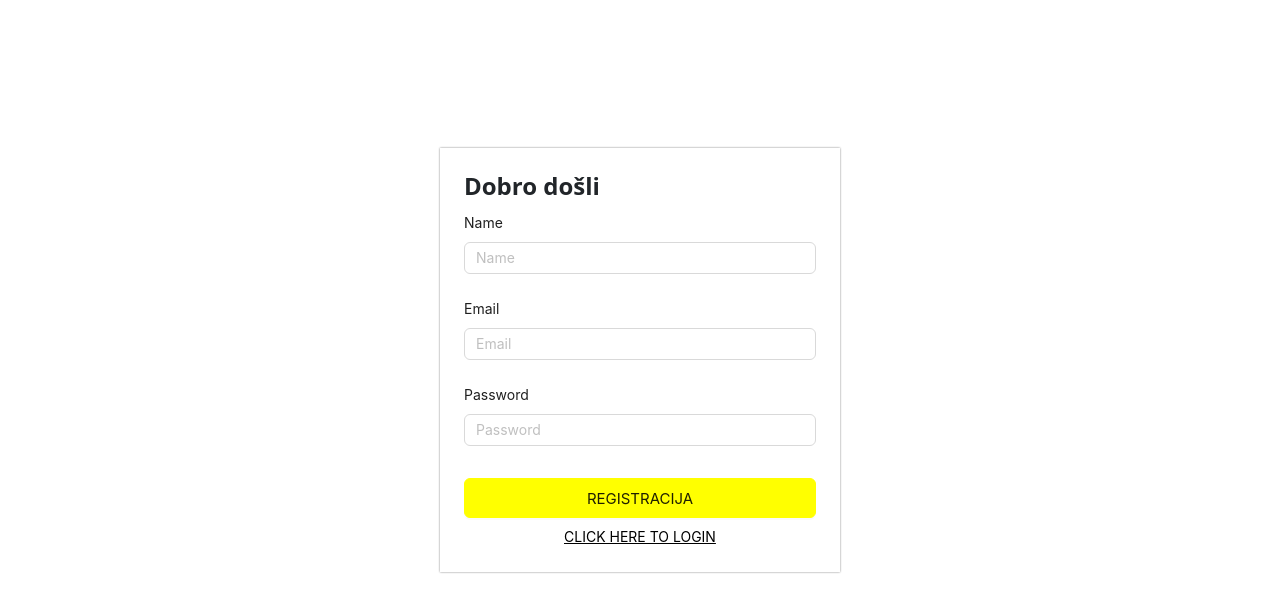
Repository: jbabicsus/okviri
Page: /registracija (app in autoskola/)
An editor plug-in stored every save of this project. The page is shown before and after the next save, followed by the edit.
The browser window is 1280 px wide. The pictures show the whole page.
The project was rebuilt for these pictures with package versions that can differ from the ones it lists, and the page was loaded fresh each time. Also part of the build but not shown: autoskola/src/stranice/Login.js.

Above is the page before, as saved 2024-05-12 14:16:34.

### autoskola/public/index.html
<!DOCTYPE html>
<html lang="en">
  <head>
    <meta charset="utf-8" />
    <link rel="icon" href="%PUBLIC_URL%/favicon.ico" />
    <meta name="viewport" content="width=device-width, initial-scale=1" />
    <meta name="theme-color" content="#000000" />
    <meta
      name="description"
      content="Web site created using create-react-app"
    />
    <link rel="apple-touch-icon" href="%PUBLIC_URL%/logo192.png" />

    <link rel="manifest" href="%PUBLIC_URL%/manifest.json" />

    <link href="https://cdn.jsdelivr.net/npm/bootstrap@5.3.3/dist/css/bootstrap.min.css" rel="stylesheet" integrity="sha384-QWTKZyjpPEjISv5WaRU9OFeRpok6YctnYmDr5pNlyT2bRjXh0JMhjY6hW+ALEwIH" crossorigin="anonymous">

    <title>React App</title>
  </head>
  <body>
    <noscript>You need to enable JavaScript to run this app.</noscript>
    <div id="root"></div>

  </body>
</html>

### autoskola/src/index.js
import React from 'react';
import ReactDOM from 'react-dom/client';
import './index.css';
import 'antd/dist/reset.css';
import App from './App';
import reportWebVitals from './reportWebVitals';

const root = ReactDOM.createRoot(document.getElementById('root'));
root.render(
  <React.StrictMode>
    <App />
  </React.StrictMode>
);

// If you want to start measuring performance in your app, pass a function
// to log results (for example: reportWebVitals(console.log))
// or send to an analytics endpoint. Learn more: https://bit.ly/CRA-vitals
reportWebVitals();

### autoskola/src/index.css
input{
  border-radius: 0;
  border: 1px solid gray;
}


/* cijela app*/

.kartica-naslov{
  font-size: 1.5rem;
  font-weight: bold;
}
.normal-text{
  font-size: 1rem;
}

.registracija-btn{
  background-color: yellow;
  border-color: yellow;
  height: 40px;
  width: 100%;
  font-size: 15px;
}

.a{
  color: black;
  text-decoration: underline;
  font: 15px;
  margin-left: 100px;
  margin-bottom: 5px;

}


/* autentifikacija */
.autentifikacija{
  height: 100vh;
  display: flex;
  align-items: center;
  justify-content: center;
}

.kartica{
  width: 400px;
  box-shadow: 0 0 2px gray;
  border-radius: 0;
}

### autoskola/src/App.js
import React from 'react';
import 'antd/dist/reset.css';
import {Routes, Route, BrowserRouter} from 'react-router-dom'
import Login from './stranice/Login'
import Registracija from './stranice/Registracija'
import {Button} from 'antd'
function App() {
  return (
    <BrowserRouter>
      <Routes>
        <Route path='/login' element={<Login />}/>
        <Route path='/registracija' element={<Registracija />}/>



      </Routes>
    </BrowserRouter>
  );
}

export default App;

### autoskola/src/stranice/Registracija.js

import {Button , Form, Input, Link} from 'antd';
import React from 'react';

function Registracija(){
    return(
        <div className='autentifikacija'>
            <div className='kartica p-4'>
                <h1 className='kartica-naslov'>Dobro došli</h1>
                <Form layout='vertical'>
                    <Form.Item label='Name' name='name'>
                        <Input placeholder='Name'/>
                    </Form.Item>

                    <Form.Item label='Email' name='email'>
                        <Input placeholder='Email'/>
                    </Form.Item>

                    <Form.Item label='Password' name='password'>
                        <Input placeholder='Password'/>
                    </Form.Item>

                    <Button className='registracija-btn my-2'>REGISTRACIJA</Button>

                    <a href='/login' className='a mt-4'>CLICK HERE TO LOGIN</a>
                </Form>

            </div>
        </div>
    )
}

export default Registracija

Loaded but not shown: autoskola/src/reportWebVitals.js (common file)

After the next save:
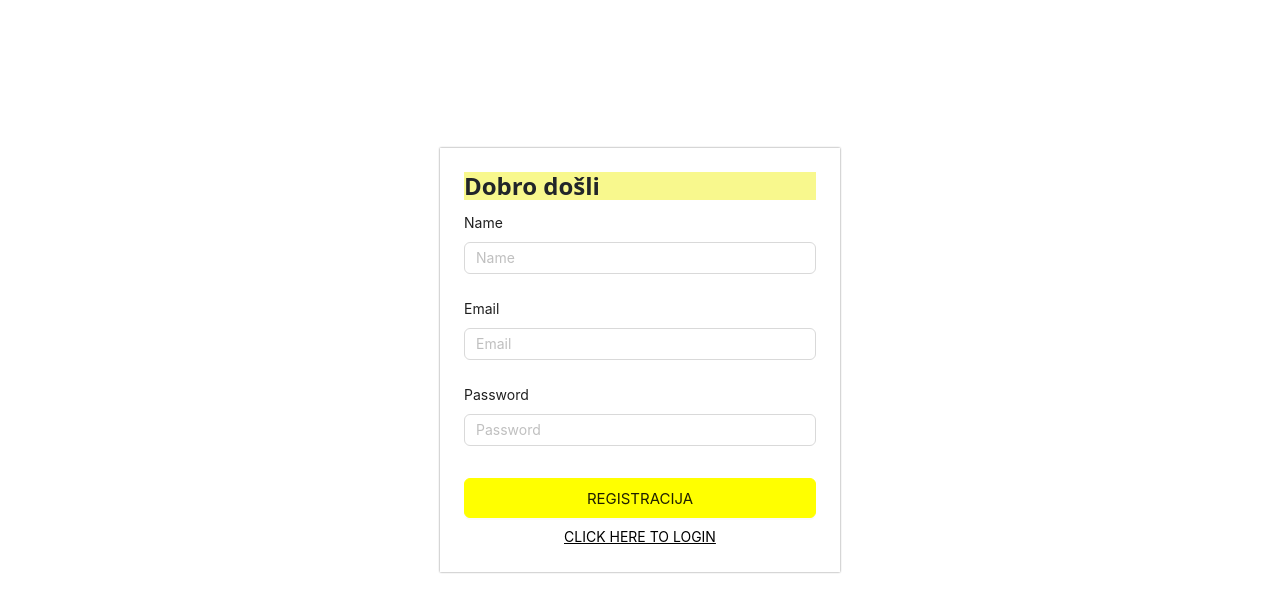
Saved 110 s later.
--- a/autoskola/src/index.css
+++ b/autoskola/src/index.css
@@ -27,9 +27,9 @@ input{
   text-decoration: underline;
   font: 15px;
   margin-left: 100px;
-  margin-bottom: 5px;
 
 }
+
 
 
 /* autentifikacija */
@@ -45,3 +45,8 @@ input{
   box-shadow: 0 0 2px gray;
   border-radius: 0;
 }
+
+.autentifikacija .kartica-naslov{
+  font-weight: bold;
+  background-color: rgb(248, 248, 141);
+}
